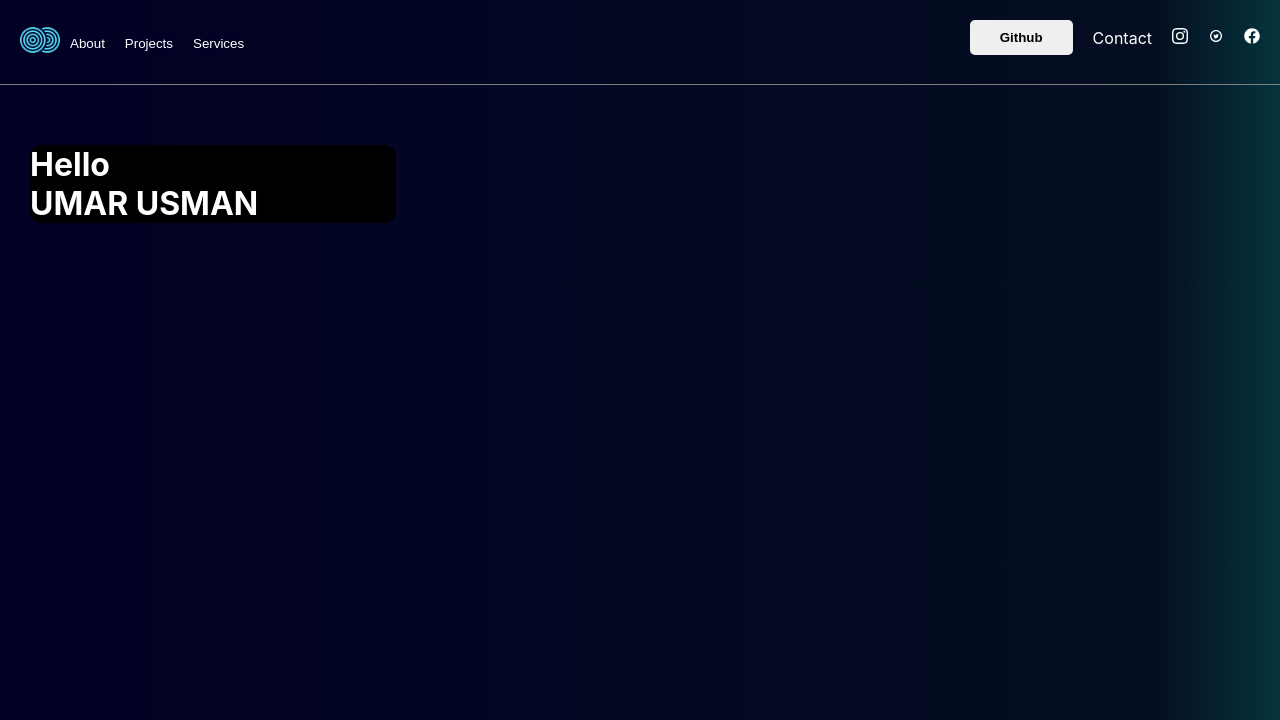
Repository: uh-sman/Portfolio
Page: /
These files come from the project's save history. The page is drawn as it stood at one moment and after the next save; the edit follows.
The browser window is 1280 px wide. The pictures show the whole page.
The project was rebuilt for these pictures with package versions that can differ from the ones it lists, and the page was loaded fresh each time. Also part of the build but not shown: src/components/Projects.jsx, src/components/Services.jsx.

Above is the page before, as saved 2022-11-18 20:19:22.

### src/index.js
import React from "react";
import ReactDOM from "react-dom/client";
import { BrowserRouter } from "react-router-dom";
import "./index.css";
import App from "./App";

const root = ReactDOM.createRoot(document.getElementById("root"));
root.render(
  <BrowserRouter>
    <React.StrictMode>
      <App />
    </React.StrictMode>
  </BrowserRouter>
);

### src/App.js
import "./App.css";
import { Index } from "./components/index";
import { Route, Routes } from "react-router-dom";
import About from "./components/About";
import "animate.css";
import Projects from "./components/Projects";
import Services from "./components/Services";
// import Services from "./components/Services";
function App() {
  return (
    <div className="App">
      <Index />
      <Routes>
        <Route path="/" element={<About />} />
        <Route path="/projects" element={<Projects />} />
        <Route path="/services" element={<Services />} />
      </Routes>
    </div>
  );
}

export default App;

### src/App.css
* {
  margin: 0px;
  padding: 0px;
  box-sizing: border-box;
  text-decoration: none;
  list-style: none;
}
body {
  background: rgb(2, 0, 36);
  background: linear-gradient(
    90deg,
    rgba(2, 0, 36, 1) 0%,
    rgba(4, 14, 33, 1) 90%,
    rgba(5, 52, 61, 1) 100%
  );
}

### src/components/index.js
import React from "react";
import { Navbar } from "./Navbar";
import { Route, Routes } from "react-router-dom";
export const Index = () => {
  return (
    <div>
      <Navbar />
    </div>
  );
};

### src/components/About.jsx
import React from "react";
import "./about.css";
const About = () => {
  return (
    <div>
      <div className="about-section">
        <div className="introduction">
          <h1>Hello</h1>
          <h1>UMAR USMAN</h1>
        </div>
      </div>
    </div>
  );
};

export default About;

### src/components/Navbar.jsx
import React, { useState } from "react";
import { Link } from "react-router-dom";
import logo from "../assets/ico.png";
import "./navbar.css";
import { Profile } from "./Profile";
export const Navbar = () => {
  const [active, isActive] = useState(false);
  // Get the container element
  const activeLink = document.querySelector("nav-list");
  const style = {
    backgroundColor: "red",
    width: "100%",
    height: "100%",
  };
  // Get all buttons with class="btn" inside the container
  // const btnActive = activeLink.getElementsByClassName("btn");
  // Loop through the buttons and add the active class to the current/clicked button
  // for (var i = 0; i < btnActive.length; i++) {
  //   btnActive[i].addEventListener("click", function () {
  //     var currentMode = document.getElementsByClassName("active");
  //     currentMode[0].className = currentMode[0].className.replace("active", "");
  //     this.className += "active";
  //   });
  // }
  // activeLink.addEventListener()
  return (
    <div>
      <nav className="navbar-container">
        <div className="navbar">
          <div className="navbar-nav">
            <div>
              <a>
                <img src={logo} className="logo" />
              </a>
            </div>
            <ul className="nav-list">
              <Link to="/">
                <button className="btn active">
                  <a href="">About</a>
                </button>
              </Link>
              <Link to="/projects">
                <button className="btn">
                  <a href="">Projects</a>
                </button>
              </Link>
              <Link to="/services">
                <button className="btn">
                  <a href="">Services</a>
                </button>
              </Link>
            </ul>
          </div>
          <div>
            <Profile />
          </div>
        </div>
      </nav>
    </div>
  );
};

### src/components/about.css
.about-section {
  color: white;
  margin: 60px 30px;
}
.introduction {
  border-radius: 12px;
  display: flex;
  flex-direction: column;
  background: #000;
  width: 30%;
  height: 40%;
}

### src/components/navbar.css
.nav-list {
  display: flex;
  align-items: center;
  gap: 20px;
}
.nav-list a {
  color: white;
}
.navbar {
  margin: 20px 20px;
  display: flex;
  justify-content: space-between;
}
.navbar-nav {
  display: flex;
  gap: 10px;
}
.logo {
  width: 40px;
  height: 40px;
  color: white;
}
.navbar-container {
  border-bottom: 0.5px solid gray;
}
.btn {
  border: none;
  background: rgba(2, 0, 36, 1) 0%;
}
/* .active, */
.btnSelect:hover {
  border: none;
  border-bottom: 1px solid lightblue;
  cursor: pointer;
}

@media only screen and (min-width: 200px) and (max-width: 950px) {
  .nav-list {
    display: none;
  }
}

### src/components/Profile.js
import React, { useState } from "react";
import { SiFacebook } from "react-icons/si";
import { FaWhatsapp, FaFacebook, FaRegWindowClose } from "react-icons/fa";
import { TiSocialTwitterCircular } from "react-icons/ti";
import { Link } from "react-router-dom";
import { BsInstagram } from "react-icons/bs";
import burger from "../assets/burger-menu.png";
import close from "../assets/icons8.png";

import "animate.css";
import "./profile.css";
export const Profile = () => {
  const [isActive, setIsActive] = useState(false);

  return (
    <div>
      <div>
        <section className="profile-section ">
          <button className="button">
            <a>Github</a>
          </button>
          <a>Contact</a>
          <a>
            <BsInstagram />
          </a>
          <a>
            <TiSocialTwitterCircular />
          </a>
          <a>
            <FaFacebook />
          </a>
        </section>
        {isActive ? (
          <div className="sidebar-container">
            <div>
              <FaRegWindowClose
                className="close"
                onClick={() => setIsActive(!isActive)}
              />
              {/* <img src={close} /> */}
            </div>
            <section className="sidebar-section ">
              <ul className="links">
                <Link to="/">
                  <a href="">About</a>
                </Link>
                <Link to="/projects">
                  <a href="">Projects</a>
                </Link>
                <Link to="/services">
                  <a href="">Services</a>
                </Link>
                <button className="button">
                  <a className="link">Github</a>
                </button>
                <a>Contact</a>
              </ul>
              <ul className="link-icons">
                <a>
                  <BsInstagram className="instagram" />
                </a>
                <a>
                  <TiSocialTwitterCircular className="twitter" />
                </a>
                <a>
                  <FaFacebook className="facebook" />
                </a>
              </ul>
            </section>
          </div>
        ) : (
          <div>
            <img
              src={burger}
              className="burger-menu"
              onClick={() => setIsActive(!isActive)}
            />
          </div>
        )}
      </div>
    </div>
  );
};

### src/components/profile.css
.profile-section {
  display: flex;
  gap: 20px;
  align-items: center;
  color: white;
}
.links {
  display: flex;
  flex-direction: column;
  /* display: flex; */
  align-items: center;
  gap: 20px;
}
.links a {
  color: white;
}
.sidebar-container {
  display: inline-block;
  /* margin: 0 0.5rem; */
  animation: slideInRight 2s;
  /* animation-duration: 2s; */

  height: 100%;
  width: 40%;
  top: 0px;
  right: 0px;
  background-color: #222222;
  position: absolute;
}
.burger-menu {
  width: 30px;
  height: 30px;
}
.close {
  color: white;
  width: 30px;
  height: 30px;
}
.button {
  padding: 10px 30px;
  box-shadow: gray;
  border: none;
  font-weight: 700;
  border-radius: 5px;
}
.button a {
  color: black;
}
.link-icons {
  margin-top: 20px;
  display: flex;
  align-items: center;
  gap: 10px;
}
.instagram {
  font-size: 20px;
}
.facebook {
  font-size: 20px;
}
.twitter {
  font-size: 30px;
}

@media only screen and (min-width: 200px) and (max-width: 950px) {
  .profile-section {
    display: none;
  }
}
@media only screen and (min-width: 950px) {
  .burger-menu {
    display: none;
  }
}
.sidebar-section {
  margin-top: 40%;
  justify-content: center;
  display: flex;
  flex-direction: column;
  align-items: center;
  color: white;
}
/* animate__slideInRight */

Loaded but not shown: public/index.html (common file); src/index.css (common file)

After the next save:
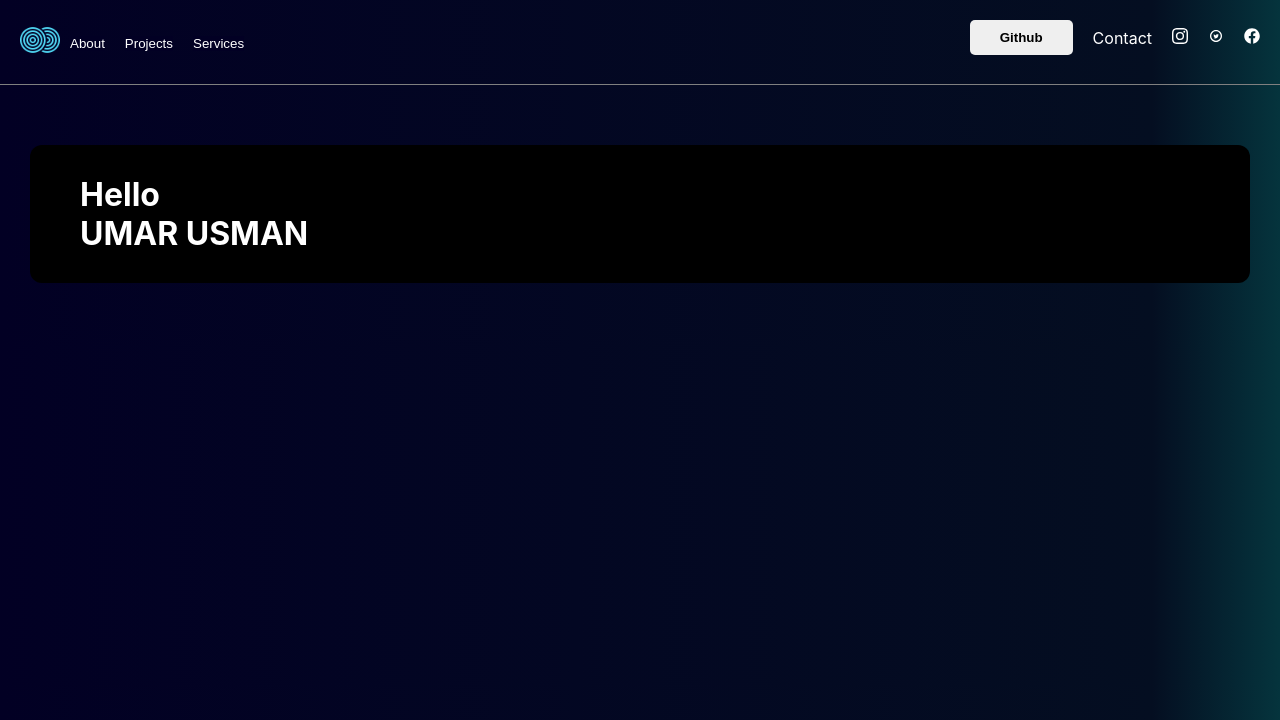
Saved 22 s later.
--- a/src/components/about.css
+++ b/src/components/about.css
@@ -7,6 +7,5 @@
   display: flex;
   flex-direction: column;
   background: #000;
-  width: 30%;
-  height: 40%;
+  padding: 30px 50px;
 }
